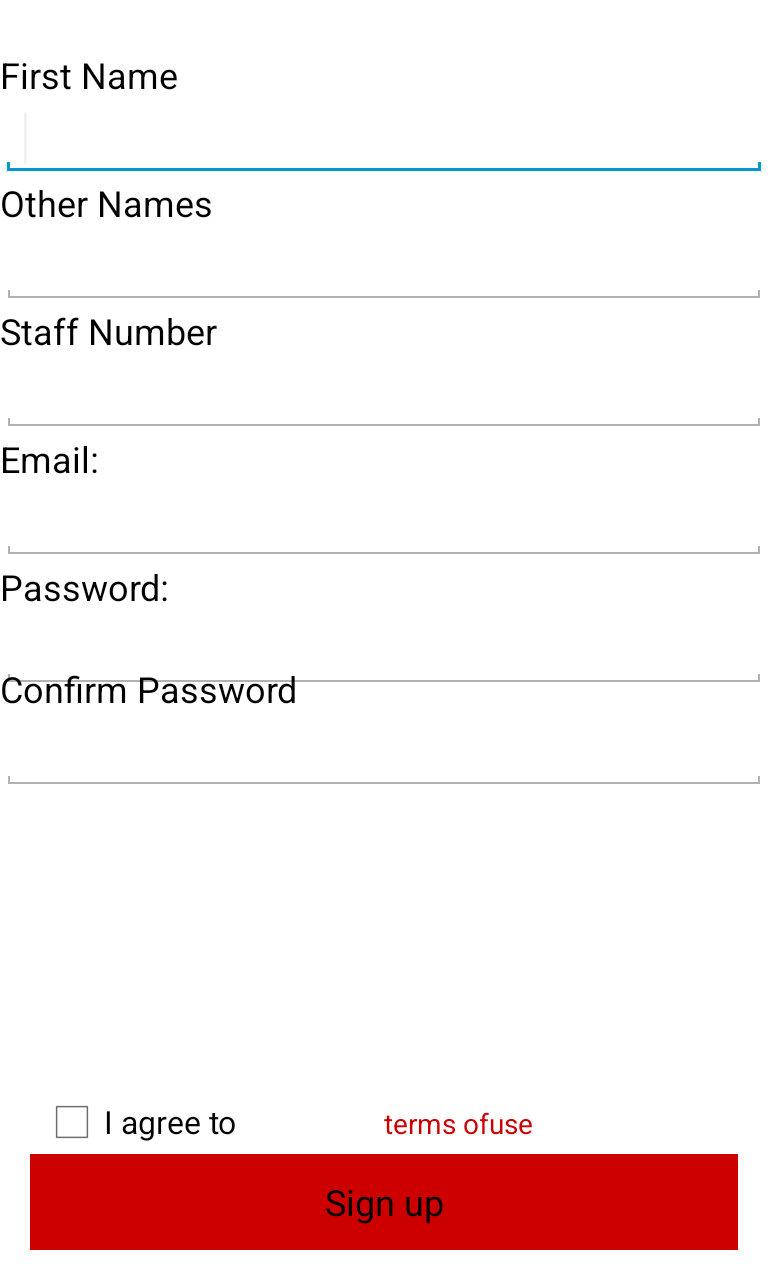
Repository: erwasambo/greendevelopment
Layout: GreenDevelopment/NASCuisine/res/layout/signup.xml
The author's editor kept a copy of each file at every save. The layout is drawn from the files as they stood at one save, then again after the next save.
It is drawn on a 768 x 1280 px phone screen (xhdpi) without system bars, with theme AppTheme; the app's code is not run.

Above is the layout before, as saved 2013-12-03 02:22:10.

### GreenDevelopment/NASCuisine/res/layout/signup.xml
<?xml version="1.0" encoding="utf-8"?>
<RelativeLayout xmlns:android="http://schemas.android.com/apk/res/android"
    android:layout_width="match_parent"
    android:layout_height="match_parent"
    android:orientation="vertical">

 <TextView
        android:id="@+id/txtNoacc"
        android:layout_width="wrap_content"
        android:layout_height="wrap_content"
        android:layout_alignParentLeft="true"
        android:layout_alignParentTop="true"
        android:layout_marginTop="25dp"
        android:text="@string/firstname"
        android:textAppearance="?android:attr/textAppearanceMedium" />


    <EditText
        android:id="@+id/registerName"
        android:layout_width="match_parent"
        android:layout_height="wrap_content"
        android:layout_alignParentLeft="true"
        android:layout_below="@+id/txtNoacc"
        android:ems="10"
        android:inputType="textPersonName" >

        <requestFocus />
    </EditText>



    <TextView
        android:id="@+id/register_error"
        android:layout_width="wrap_content"
        android:layout_height="wrap_content"
        android:layout_alignParentBottom="true"
        android:layout_centerHorizontal="true" />

    <EditText
        android:id="@+id/registerPassword"
        android:layout_width="match_parent"
        android:layout_height="wrap_content"
        android:layout_alignParentLeft="true"
        android:layout_below="@+id/TextView02"
        android:ems="10"
        android:inputType="textPassword" />

    <TextView
        android:id="@+id/TextView01"
        android:layout_width="wrap_content"
        android:layout_height="wrap_content"
        android:layout_alignParentLeft="true"
        android:layout_below="@+id/registerName"
        android:text="@string/othernames"
        android:textAppearance="?android:attr/textAppearanceMedium" />

    <EditText
        android:id="@+id/EditText01"
        android:layout_width="match_parent"
        android:layout_height="wrap_content"
        android:layout_alignParentLeft="true"
        android:layout_below="@+id/TextView01"
        android:ems="10"
        android:inputType="textPersonName" />

    <TextView
        android:id="@+id/TextView03"
        android:layout_width="wrap_content"
        android:layout_height="wrap_content"
        android:layout_alignParentLeft="true"
        android:layout_below="@+id/EditText01"
        android:text="@string/staffno"
        android:textAppearance="?android:attr/textAppearanceMedium" />

    <EditText
        android:id="@+id/EditText02"
        android:layout_width="match_parent"
        android:layout_height="wrap_content"
        android:layout_alignParentLeft="true"
        android:layout_below="@+id/TextView03"
        android:ems="10"
        android:inputType="textPersonName" />

    <TextView
        android:id="@+id/textView1"
        android:layout_width="wrap_content"
        android:layout_height="wrap_content"
        android:layout_alignParentLeft="true"
        android:layout_below="@+id/EditText02"
        android:text="@string/email"
        android:textAppearance="?android:attr/textAppearanceMedium" />

    <EditText
        android:id="@+id/registerEmail"
        android:layout_width="match_parent"
        android:layout_height="wrap_content"
        android:layout_alignParentLeft="true"
        android:layout_below="@+id/textView1"
        android:ems="10"
        android:inputType="textEmailAddress" />

    <TextView
        android:id="@+id/TextView02"
        android:layout_width="wrap_content"
        android:layout_height="wrap_content"
        android:layout_alignParentLeft="true"
        android:layout_below="@+id/registerEmail"
        android:layout_marginTop="51dp"
        android:text="@string/cnfpassword"
        android:textAppearance="?android:attr/textAppearanceMedium" />

    <TextView
        android:id="@+id/TextView04"
        android:layout_width="wrap_content"
        android:layout_height="wrap_content"
        android:layout_alignParentLeft="true"
        android:layout_below="@+id/registerEmail"
        android:text="@string/password"
        android:textAppearance="?android:attr/textAppearanceMedium" />

    <EditText
        android:id="@+id/EditText03"
        android:layout_width="match_parent"
        android:layout_height="wrap_content"
        android:layout_alignParentLeft="true"
        android:layout_below="@+id/TextView04"
        android:ems="10"
        android:inputType="textPassword" />

    <Button
        android:id="@+id/btnRegister"
        android:layout_width="match_parent"
        android:layout_height="wrap_content"
        android:layout_alignParentBottom="true"
        android:layout_centerHorizontal="true"
        android:text="@string/signup"
        android:background="@color/purple"
        android:layout_marginLeft="15dp"
        android:layout_marginRight="15dp"
        android:layout_marginBottom="15dp"
         />

    <CheckBox
        android:id="@+id/checkBox1"
        android:layout_width="wrap_content"
        android:layout_height="wrap_content"
        android:layout_above="@+id/btnRegister"
        android:layout_alignParentLeft="true"
        android:layout_marginLeft="20dp"
        android:text="@string/iagree" />

    <TextView
        android:id="@+id/textView2"
        android:layout_width="wrap_content"
        android:layout_height="wrap_content"
        android:layout_alignBaseline="@+id/checkBox1"
        android:layout_alignBottom="@+id/checkBox1"
        android:layout_alignLeft="@+id/register_error"
        android:text="@string/termsofuse"
        android:textColor="@color/purple" />

</RelativeLayout>

### GreenDevelopment/NASCuisine/res/values/strings.xml
<?xml version="1.0" encoding="utf-8"?>
<resources>

    <string name="app_name">NAS Cuisine</string>
     <string name="app_namelogin">NAS Cuisine - Log in</string>




    <string name="action_settings">Settings</string>
    <string name="activity_scrollview">ScrollView</string>
    <string name="activity_listview">ListView</string>
    <string name="activity_gridview">GridView</string>
    <string name="activity_webview">WebView</string>
    <string name="activity_fragment_tabs">Fragments + Tabs</string>
    <string name="activity_fragment_tabs_vp">Fragments + Tabs + ViewPager</string>
    <string name="pref_title_stick_container">Stick layer to</string>
    <string name="pref_title_show_shadow">Show shadow</string>
    <string name="pref_title_show_offset">Closed offset</string>
    <string name="open_button_container">Open</string>
    <string name="close_button_container">Close</string>
	<string name="title_activity_main">PayPal Access</string>
    <string name="title_activity_login">Login</string>
    <string name="btn_login">Login with PayPal</string>
    <string name="progress_loading_title">Loading&#8320;</string>
    <string name="progress_loading_msg">Login is possible in a few seconds</string>
    <string name="toast_login_ok">Logged in</string>
    <string name="toast_login_failed">Login failed</string>
    <string name="login_description">This enables the user to use his PayPal credentials to login. Thus he doesn\'t have to create yet another account and remember yet another password.</string>
	<string name="login_oauth">OAuth 2.0</string>
	<string name="login_openid">OpenID</string>

    <string name="swipe_label">Swipe!</string>
    <string name="swipe_left_label">Swipe left!</string>
    <string name="swipe_right_label">Swipe right!</string>
    <string name="swipe_up_label">Swipe up!</string>
    <string name="swipe_down_label">Swipe down!</string>

    <string name="label_right">Right</string>
    <string name="label_left">Left</string>
    <string name="label_middle">Middle</string>
    <string name="label_top">Top</string>
    <string name="label_bottom">Bottom</string>

    <string name="not_applicable">n/a</string>

    <string-array name="pref_list_titles">
        <item>@string/label_right</item>
        <item>@string/label_middle</item>
        <item>@string/label_left</item>
        <item>@string/label_top</item>
        <item>@string/label_bottom</item>
    </string-array>
    <string-array name="pref_list_values">
        <item>right</item>
        <item>middle</item>
        <item>left</item>
        <item>top</item>
        <item>bottom</item>
    </string-array>

    <string name="pref_go">Go!</string>

    <string name="no_media_warning">Storage Media not present</string>
    <string name="no_media_hint">Sharing the storage media with a PC can make it inaccessible</string>
    <string name="open_failed">Unable to open document</string>
    <string name="cancel">Cancel</string>
    <string name="search_backwards">Search backwards</string>
    <string name="search_forwards">Search forwards</string>
    <string name="search_document">Search document</string>
    <string name="picker_title">NAS Cuisine</string>
    <string name="outline_title">Table of Contents</string>
    <string name="enter_password">Enter Password</string>
    <string name="text_not_found">Text not found</string>
    <string name="searching_">Searching...</string>
    <string name="link_control">Link highlighting and enabling</string>
    <string name="no_further_occurences_found">No further occurences found</string>
    <string name="gen_pdf">Generate pdf</string>
    <string name="view_pdf">View pdf</string>
    <string name="title_activity_main">MainActivity</string>
    <string name="progress_title">Generateing pdf...</string>

    <string name="taliiafrica">Julisha</string>
	<string name="main">Julisha</string>
	<string name="weather">Check Weather</string>
	<string name="rescue">Emergency Rescue</string>
	<string name="exit">Exit</string>
	<string name="srtsail">Begin Sailing</string>
	<string name="stpsail">End Sailing</string>
	<string name="chkmap">Check Map</string>
	<string name="sets">Settings</string>
	<string name="vsltype">Vessel Type:</string>
	<string name="vid">Vessel Id:</string>
	<string name="vslname">Vessel Name:</string>
	<string name="wtrbody">Water Body:</string>
	<string name="desc">General Description:</string>
	<string name="sv">Save</string>
	<string name="lgout">Logout</string>
	<string name="sail">Sailing</string>
	<string name="myacc">My Account</string>
	<string name="date">Date:</string>
	<string name="time">Time:</string>
	<string name="initloc">Initial Location:</string>
	<string name="Destination">Destination:</string>
	<string name="onboard">Number Onboard:</string>
	<string name="act">Activity:</string>
	<string name="bgnSail">Begin Sailing</string>
	<string name="currLoc">Current Location:</string>
	<string name="endsail">End Sailing</string>
	<string name="prevloc">Previous Location</string>
	<string name="desc2">Image2</string>
	<string name="login">Login</string>
	<string name="email">Email:</string>
	<string name="password">Password:</string>
	<string name="newtojulisharegister">New to Julisha? Register here</string>
	<string name="registeracc">Register New Account</string>
	<string name="fullname">Full Name</string>
	<string name="logout">Logout</string>
	<string name="briefdesc">Brief Description:</string>
	<string name="safe">Safe</string>
	<string name="minor">Minor Problem</string>
	<string name="danger">Danger</string>
	<string name="xtremedanger">Extreme Danger</string>
	<string name="signup">Sign up</string>
	<string name="donthaveacc">Don\'t have an account yet? </string>
	<string name="forgotpwd">Forgot Password</string>
	<string name="firstname">First Name</string>
	<string name="othernames">Other Names</string>
	<string name="staffno">Staff Number</string>
	<string name="cnfpassword">Confirm Password</string>
	<string name="iagree">I agree to</string>
	<string name="termsofuse">terms ofuse</string>




</resources>

### GreenDevelopment/NASCuisine/res/values/colors.xml
<?xml version="1.0" encoding="utf-8"?>

<!--
  ~ Copyright 2013 Chris Banes
  ~
  ~ Licensed under the Apache License, Version 2.0 (the "License");
  ~ you may not use this file except in compliance with the License.
  ~ You may obtain a copy of the License at
  ~
  ~     http://www.apache.org/licenses/LICENSE-2.0
  ~
  ~ Unless required by applicable law or agreed to in writing, software
  ~ distributed under the License is distributed on an "AS IS" BASIS,
  ~ WITHOUT WARRANTIES OR CONDITIONS OF ANY KIND, either express or implied.
  ~ See the License for the specific language governing permissions and
  ~ limitations under the License.
  <color name="black">#FF000000</color>
  -->

<resources>
     <color name="white">#FFFFFF</color>
	 <color name="canvas">#CC0000</color>
		<color name="bar">#CC0000</color>
     <color name="black">#FF000000</color>
     <color name="purple">#CC0000</color>
    <color name="holo_dark_green">@color/purple</color>
	<color name="default_progress_bar_color">@color/white</color>
	 <color name="abs__background_holo_dark">@color/purple</color>
    <color name="abs__background_holo_light">@color/purple</color>
    <color name="abs__bright_foreground_holo_dark">@color/purple</color>
    <color name="abs__bright_foreground_holo_light">@color/purple</color>
    <color name="abs__bright_foreground_disabled_holo_dark">@color/purple</color>
    <color name="abs__bright_foreground_disabled_holo_light">@color/purple</color>
</resources>

Loaded but not shown: GreenDevelopment/NASCuisine/res/values/styles.xml (common file); GreenDevelopment/NASCuisine/res/values-v11/styles.xml (common file); GreenDevelopment/NASCuisine/res/values-v14/styles.xml (common file)

After the next save:
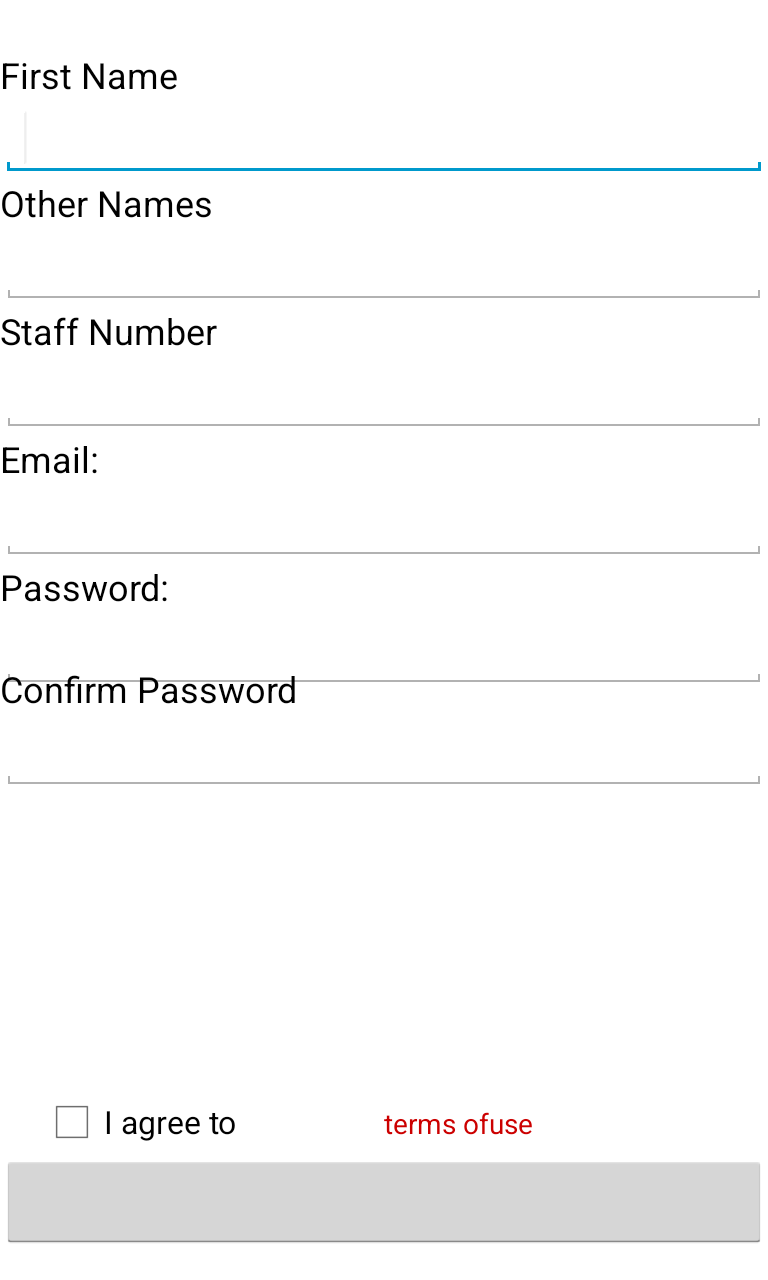
Saved 28 s later.
--- a/GreenDevelopment/NASCuisine/res/layout/signup.xml
+++ b/GreenDevelopment/NASCuisine/res/layout/signup.xml
@@ -133,10 +133,7 @@
         android:layout_height="wrap_content"
         android:layout_alignParentBottom="true"
         android:layout_centerHorizontal="true"
-        android:text="@string/signup"
-        android:background="@color/purple"
-        android:layout_marginLeft="15dp"
-        android:layout_marginRight="15dp"
+
         android:layout_marginBottom="15dp"
          />
 
